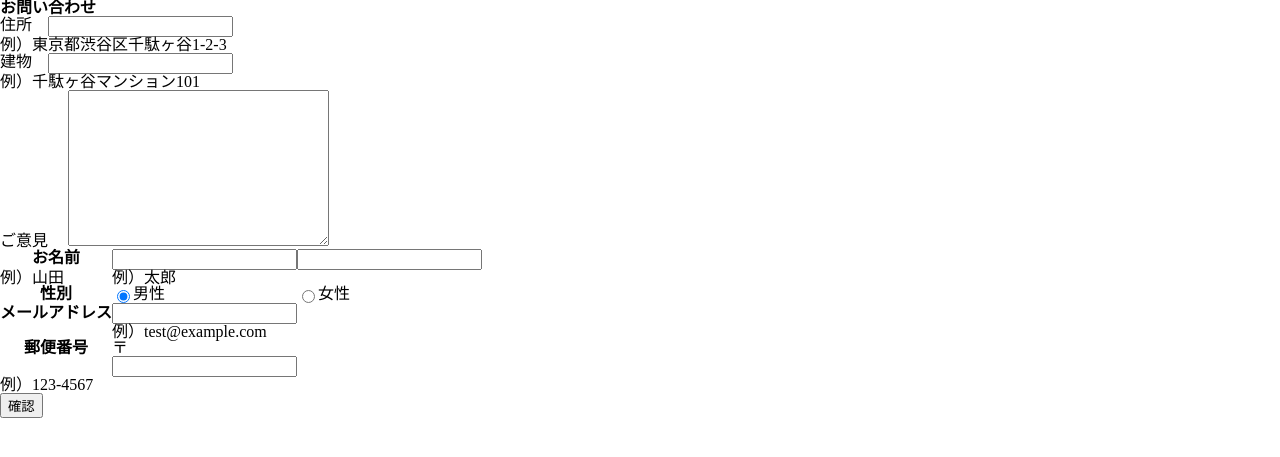
Repository: 1000sky/20220728majima
Page: resources/views/contact.blade.php
An editor plug-in stored every save of this project. The page is shown before and after the next save, followed by the edit.
The browser window is 1280 px wide. The pictures show the whole page.
The page is served by the project's Laravel application, run on PHP 8.4 with Laravel 8. Other server files are loaded and not shown. The template is opened directly, without the code that normally fills it, so the values that code supplies are empty.

Above is the page before, as saved 2022-07-27 23:55:25.

### advance-test/routes/web.php
<?php

use Illuminate\Support\Facades\Route;
use App\Http\Controllers\ContactController;

/*
|--------------------------------------------------------------------------
| Web Routes
|--------------------------------------------------------------------------
|
| Here is where you can register web routes for your application. These
| routes are loaded by the RouteServiceProvider within a group which
| contains the "web" middleware group. Now create something great!
|
*/

/*Route::get('/', function () {
    return view('welcome');
});*/

Route::get('/', [ContactController::class, 'index']);
Route::post('/', [ContactController::class, 'post']);

Route::get('/contact', [ContactController::class, 'contact']);
Route::post('/create', [ContactController::class, 'create']);


Route::get('/confirmation',[ContactController::class, 'confirmation']);

Route::get('/management', [ContactController::class, 'page']);

### advance-test/resources/views/contact.blade.php
<!DOCTYPE html>
<html lang="ja">
<head>
    <meta charset="UTF-8">
    <meta name="viewport" content="width=device-width, initial-scale=1.0">
    <meta http-equiv="X-UA-Compatible" content="ie=edge">
    <title>Advance-Test</title>
    <link rel="stylesheet" href="css/reset.css" />
    <link rel="stylesheet" href="css/contact.css" />
</head>
<body>
    <h1>お問い合わせ</h1>

    @if (count($errors) > 0)
    <ul>
      @foreach ($errors->all() as $error)
        <li>{{$error}}</li>
      @endforeach
    </ul>
    @endif

    <form action="/create" method="POST">

      <table>
        @csrf
        <tr>
           <th><label>お名前</label></th>

           <td><input type="text" name="fullname"></td><td><input type="text" name="fullname"></td>
        </tr>
        <tr>
           <td><p>例）山田</p></td> <td><p>例）太郎</p></td>
        </tr>

        @if ($errors->has('fullname'))
        <tr>
          <th>ERROR</th>
          <td>
            {{$errors->first('fullname')}}
          </td>
        </tr>
        @endif

        <tr>
        <th><label>性別 </label></th>
        <td><input type="radio" name="gender" checked="checked"><label for="">男性</label></td>
        <td><input type="radio" name="gender"><label for="">女性</label></td>
        </tr>

        @if ($errors->has('gender'))
        <tr>
          <th>ERROR</th>
          <td>
            {{$errors->first('gender')}}
          </td>
        </tr>
        @endif

        <tr>
          <th><label for="">メールアドレス</label></th>
          <td><input type="text"><P>例）test@example.com</P></th>
        </tr>

        @if ($errors->has('email'))
        <tr>
          <th>ERROR</th>
          <td>
            {{$errors->first('email')}}
          </td>
        </tr>
        @endif

        <tr>
          <th><label for="">郵便番号</label></th>
          <td><div>〒</div> <input type="text"></td>
        </tr>
        <tr>
          <td><p>例）123-4567</p></td>
        </tr>


        <tr>
        <label for="">
            住所　<input type="text" style="ime-mode:disabled;"><p>例）東京都渋谷区千駄ヶ谷1-2-3</p>
        </label>
        </tr>

        <tr>
        <label for="">
            建物　<input type="text"><p>例）千駄ヶ谷マンション101</p>
        </label>
        </tr>

        <tr>
        <label for="">
            ご意見　 <textarea name="opinion" cols="30" rows="10"></textarea>
        </label>
        </tr>
      </table>


        <button type="submit">確認</button>
 {{--       <!--同じページでリンク先が開く-->
<input type="button" value="リンク" onClick="location.href='http://google.com'">

 <!--新しいタブでリンク先が開く-->
<input type="button" value="リンク" onClick="window.open('http://google.com')">
--}}


{{-- <FORM>
    テキストボックス
    <input type="text" value="" onInput="checkForm(this)">

    テキストエリア
    <textarea rows="2" onInput="checkForm(this)"></textarea>
    </FORM>

    <script type="text/javascript">
    <!--
    function checkForm($this)
    {
        var str=$this.value;
        while(str.match(/[^A-Z^a-z\d\-]/))
        {
            str=str.replace(/[^A-Z^a-z\d\-]/,"");
        }
        $this.value=str;
    }
    //-->
    </script>

    --}}

    </form>


</body>
</html>

Loaded but not shown: advance-test/public/css/reset.css (common file)

After the next save:
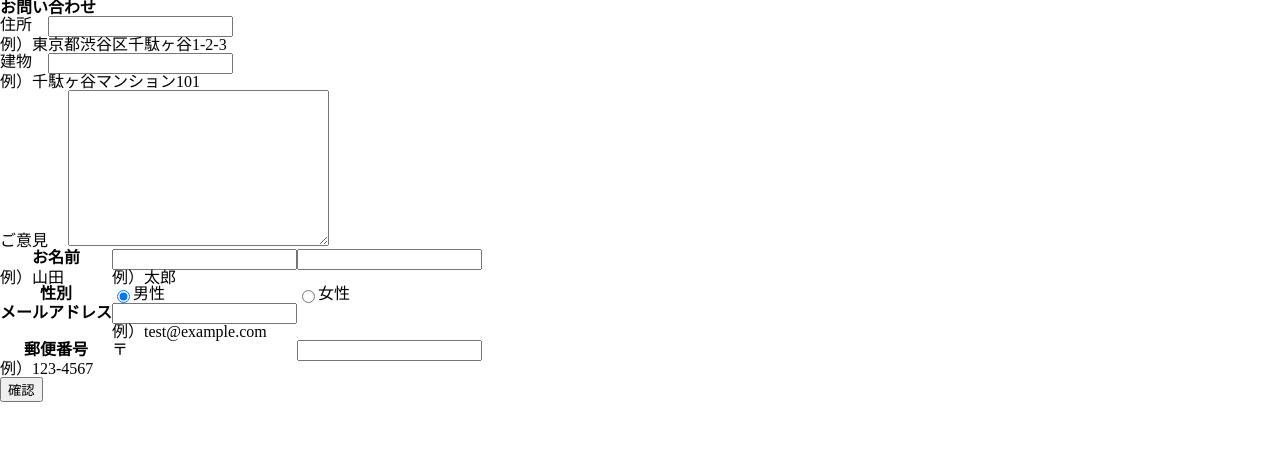
Saved 53 s later.
--- a/advance-test/resources/views/contact.blade.php
+++ b/advance-test/resources/views/contact.blade.php
@@ -72,7 +72,7 @@
 
         <tr>
           <th><label for="">郵便番号</label></th>
-          <td><div>〒</div> <input type="text"></td>
+          <td><div>〒</div></td> <td><input type="text"></td>
         </tr>
         <tr>
           <td><p>例）123-4567</p></td>
